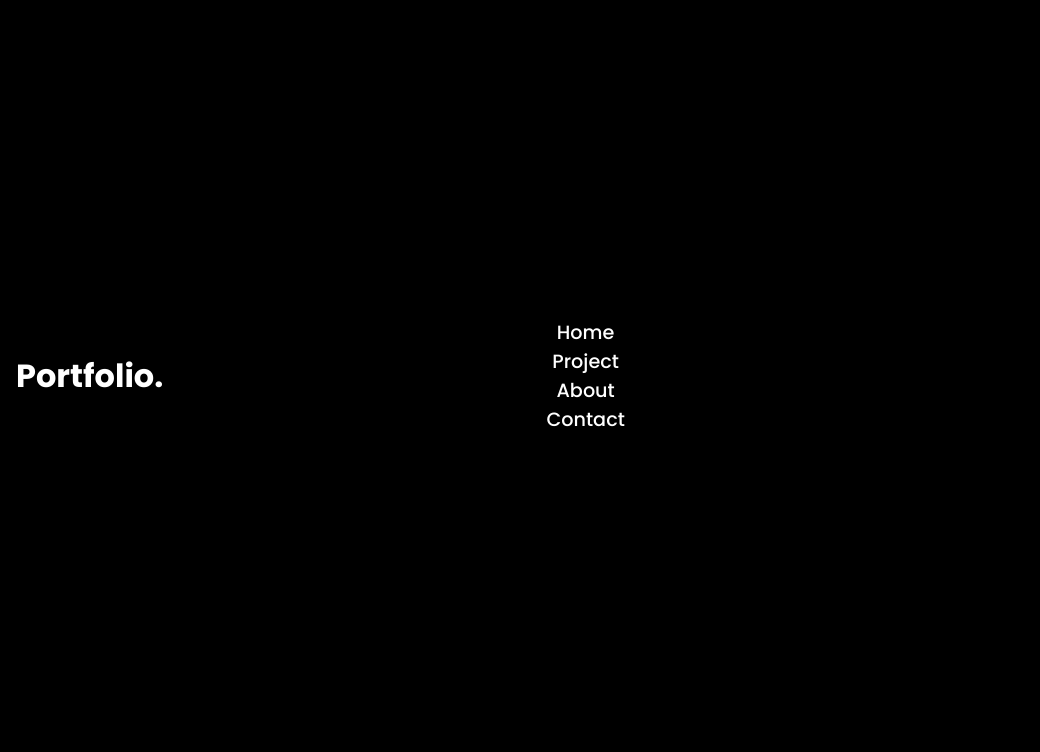
Repository: parisha-b3/My_Portfolio
Page: /
The author's editor kept a copy of each file at every save. The page is drawn from the files as they stood at one save, then again after the next save.
The browser window is 1024 px wide. The page is 1024 px wide, then 1040 px, so the pictures cover 1040 px, including what lies to the right of the window. The pictures show the whole page.
The project was rebuilt for these pictures with package versions that can differ from the ones it lists, and the page was loaded fresh each time. Also part of the build but not shown: src/routes/About.js, src/routes/Project.js, src/routes/Contact.js.

Above is the page before, as saved 2024-10-14 12:10:37.

After the next save:
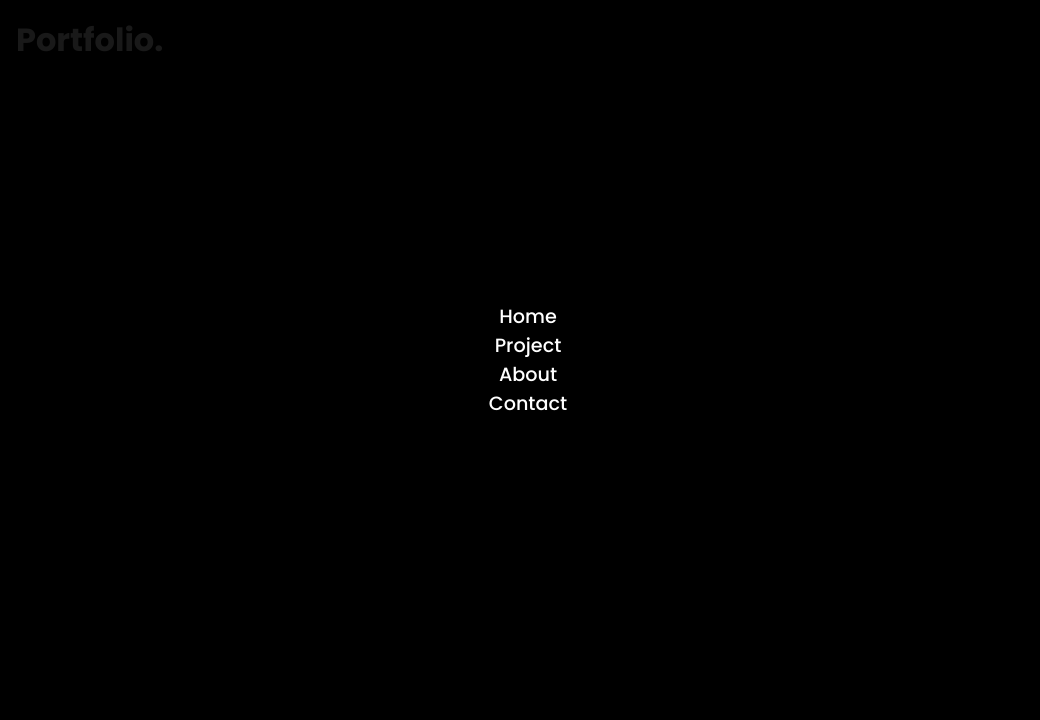
Saved 5 s later.
--- a/src/components/NavbarStyles.css
+++ b/src/components/NavbarStyles.css
@@ -22,7 +22,9 @@
         width: 100%;
         height: 100vh;
         background: rgba(0,0,0,0.9);
-        position: ;
+        position: absolute;
+        top: 0;
+
     }
 
 }
